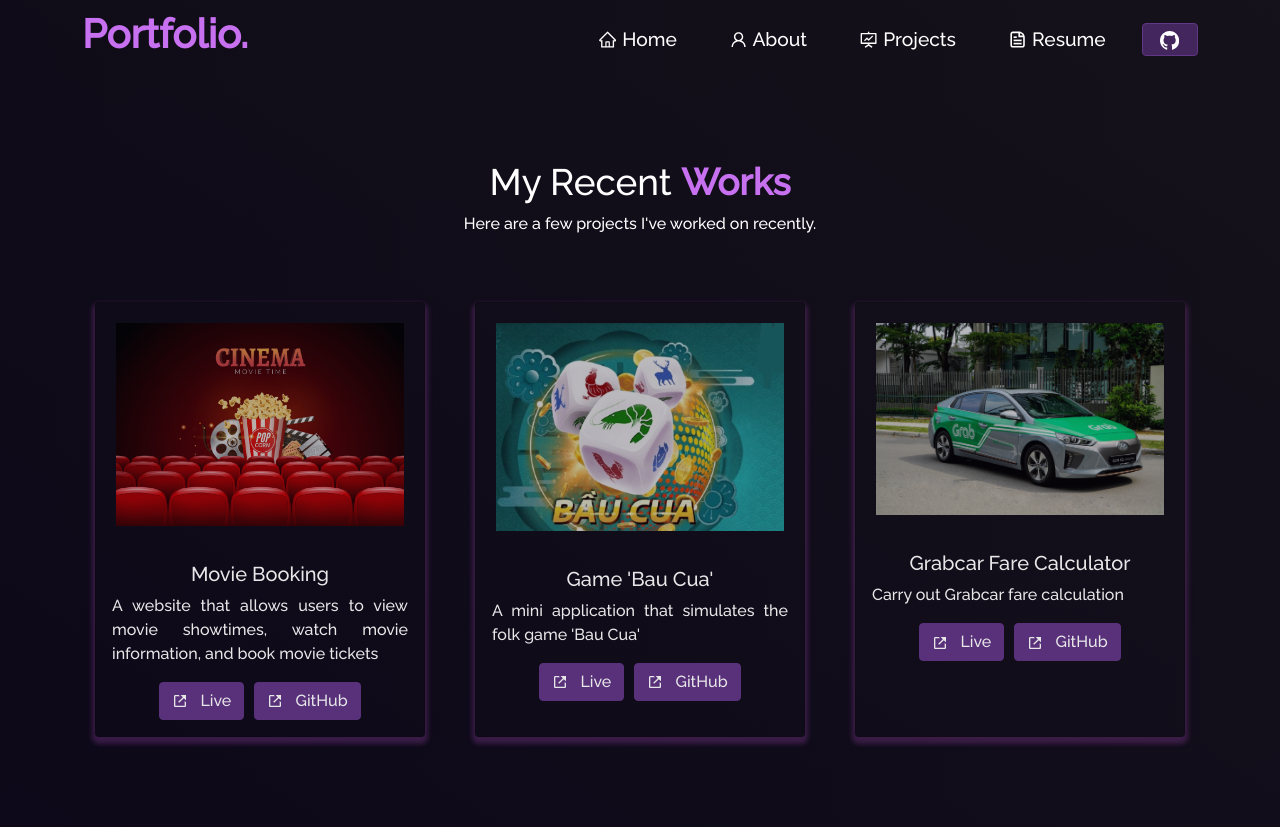
Repository: ngohuynhducdev/Portfolio
Page: /project
An editor plug-in stored every save of this project. The page is shown before and after the next save, followed by the edit.
The browser window is 1280 px wide. The pictures show the whole page.
The project was rebuilt for these pictures with package versions that can differ from the ones it lists, and the page was loaded fresh each time. Also part of the build but not shown: src/components/Home/Home2.js, src/components/Home/Type.js, src/components/Home/Home.js, src/components/About/Techstack.js, src/components/About/AboutCard.js, src/components/About/Toolstack.js, src/components/About/About.js, src/components/Resume/ResumeNew.js. Imported but missing from the stored project, and not drawn on this page: src/Assets/CV_NgoHuynhDuc_FE.pdf.

Above is the page before, as saved 2022-04-18 01:27:29.

After the next save:
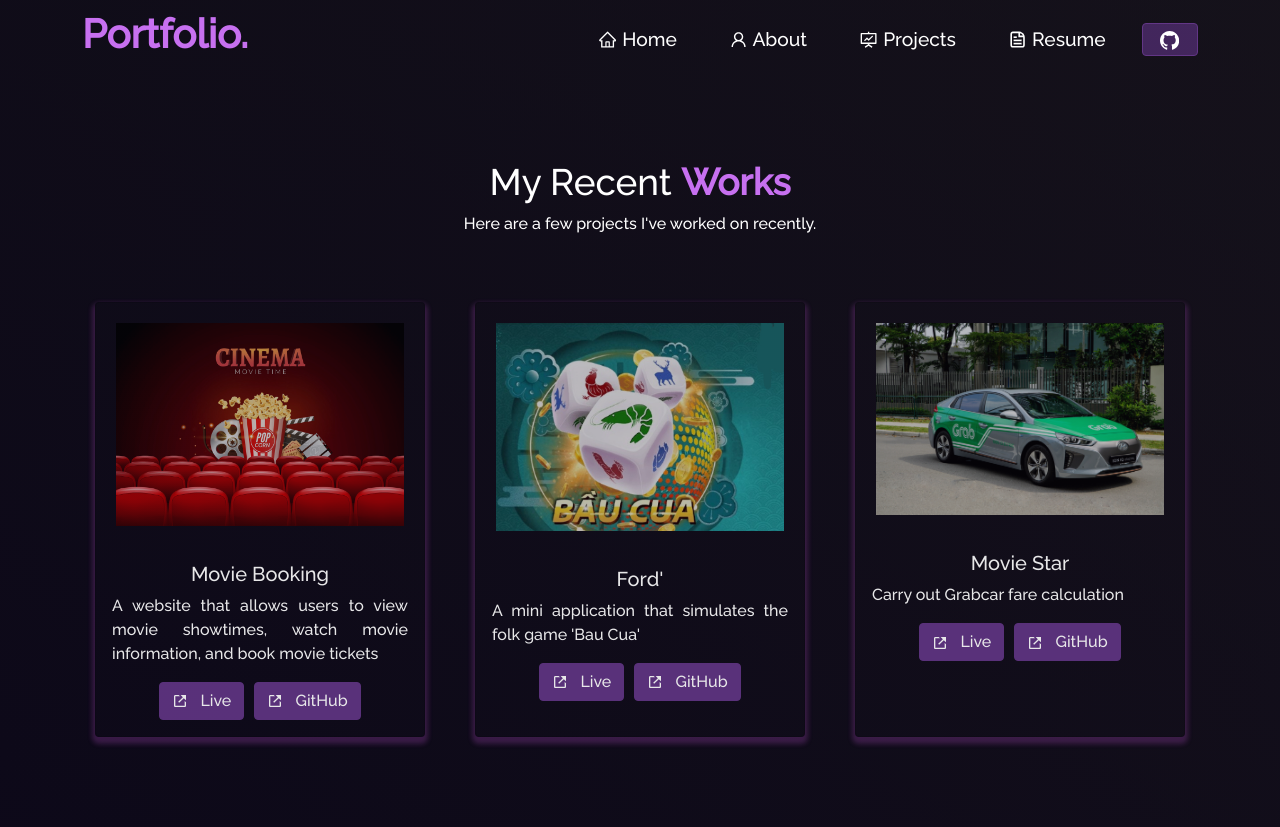
Saved 30 s later.
--- a/src/components/Projects/Projects.js
+++ b/src/components/Projects/Projects.js
@@ -31,7 +31,7 @@
           <Col md={4} className="project-card">
             <ProjectCard
               imgPath={bauCua}
-              title="Game 'Bau Cua'"
+              title="Ford'"
               description="A mini application that simulates the folk game 'Bau Cua'"
               linkLive="https://layout-ford.vercel.app"
               linkGitHub="https://github.com/ngohuynhducdev/LayoutFord"
@@ -41,7 +41,7 @@
           <Col md={4} className="project-card">
             <ProjectCard
               imgPath={grabCar}
-              title="Grabcar Fare Calculator"
+              title="Movie Star"
               description="Carry out Grabcar fare calculation"
               linkLive="https://movie-star-nine.vercel.app"
               linkGitHub="https://github.com/ngohuynhducdev/MovieStar"
